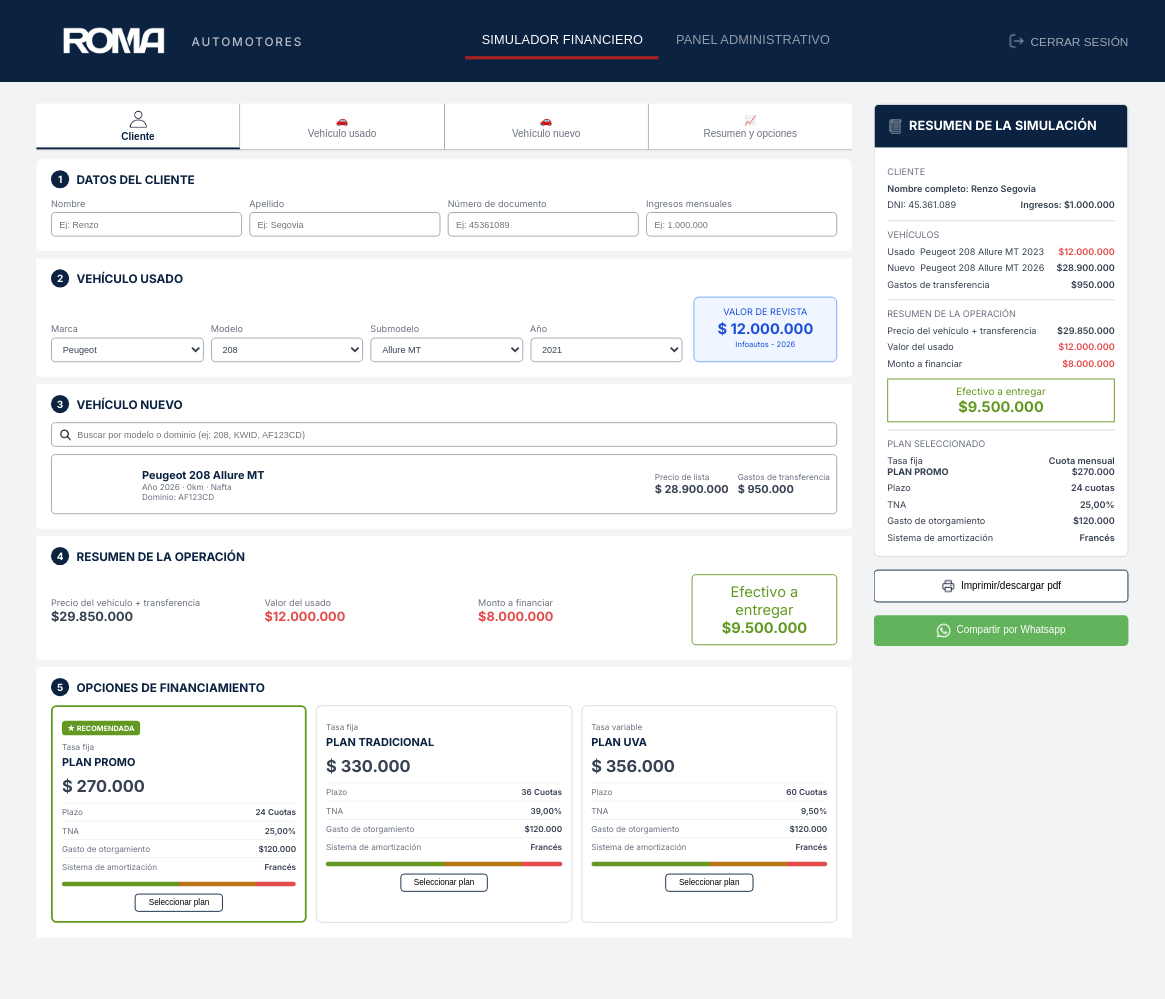
Repository: PPIII-9-012/Roma-System
Page: public/index.html
These files come from the project's save history. The page is drawn as it stood at one moment and after the next save; the edit follows.
The browser window is 1280 px wide. The pictures show the whole page, at 91% of full size.

Above is the page before, as saved 2026-08-22 17:02:46.

After the next save:
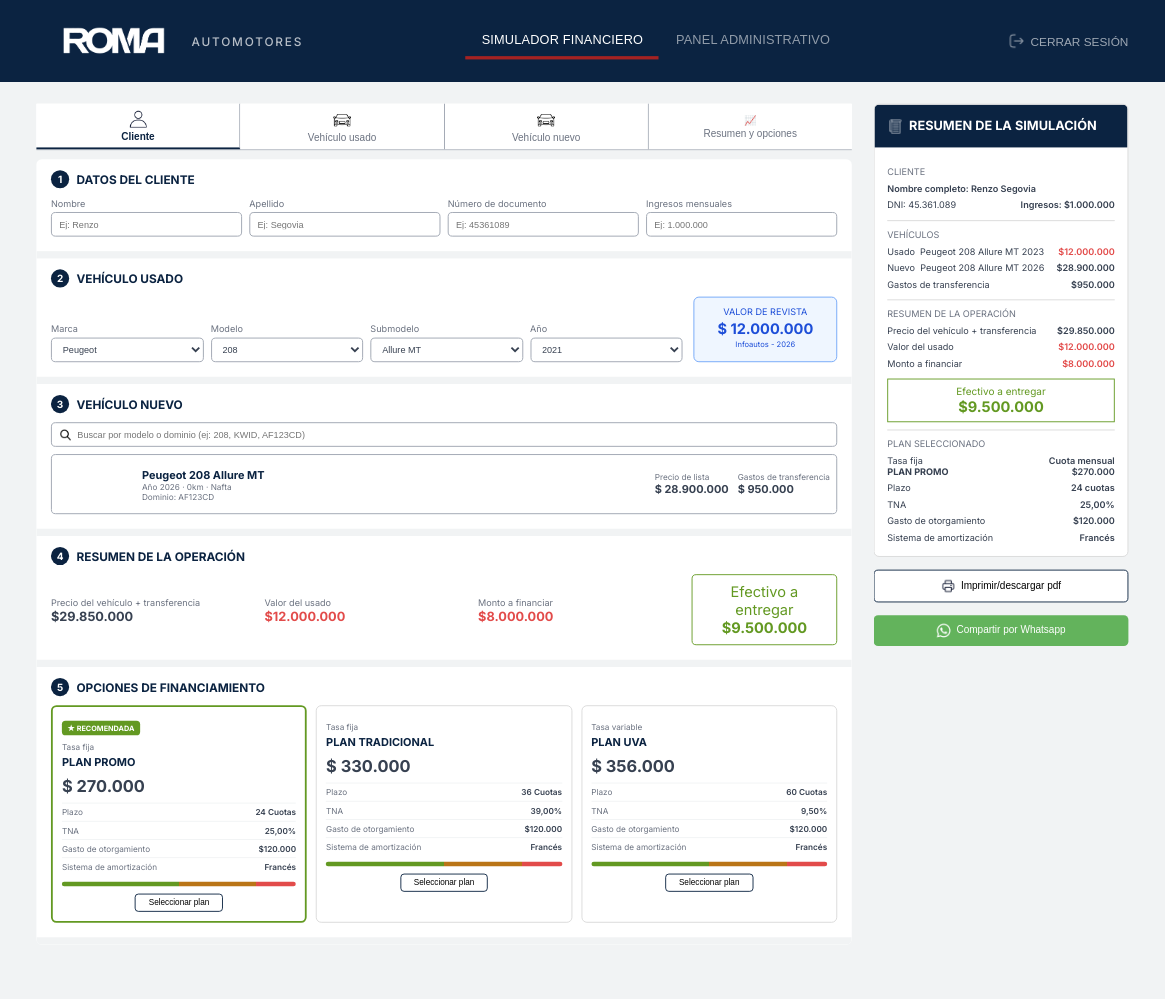
Saved 2 min 15 s later.
--- a/public/index.html
+++ b/public/index.html
@@ -354,8 +354,8 @@
     <div class="main-col">
         <div class="progress-tabs">
             <button class="progress-tab active" data-target="sec-cliente"><img src="cliente.png" alt=""><span>Cliente</span></button>
-            <button class="progress-tab" data-target="sec-usado"><span>🚗</span><span>Vehículo usado</span></button>
-            <button class="progress-tab" data-target="sec-nuevo"><span>🚗</span><span>Vehículo nuevo</span></button>
+            <button class="progress-tab" data-target="sec-usado"><img src="coche.png" alt=""><span>Vehículo usado</span></button>
+            <button class="progress-tab" data-target="sec-nuevo"><img src="coche.png" alt=""><span>Vehículo nuevo</span></button>
             <button class="progress-tab" data-target="sec-opciones"><span>📈</span><span>Resumen y opciones</span></button>
         </div>
         <div class="form-card">
